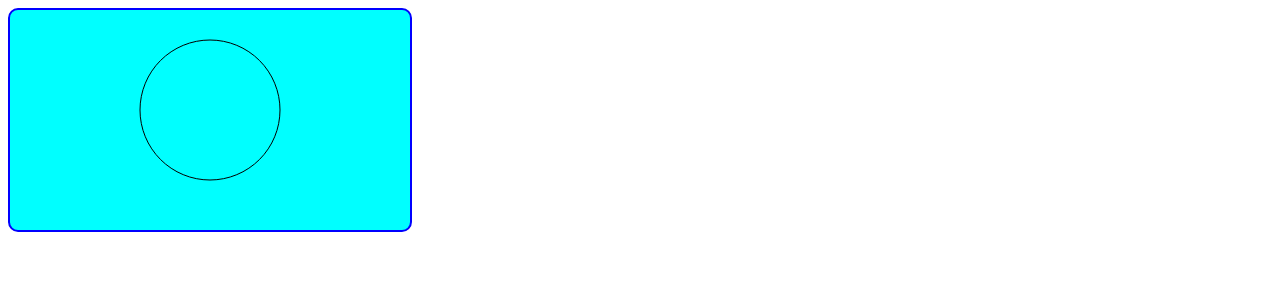
Repository: Tan-Khang21/TH_TKW--Buoi_05
Page: Bai_Tap_Ve_Nha/Bai_01/canvas10.html
The author's editor kept a copy of each file at every save. The page is drawn from the files as they stood at one save, then again after the next save.
The browser window is 1280 px wide. The pictures show the whole page.

Above is the page before, as saved 2024-03-10 21:32:06.

### Bai_Tap_Ve_Nha/Bai_01/canvas10.html
<!DOCTYPE html>
<html lang="en">
  <head>
    <meta charset="UTF-8" />
    <meta name="viewport" content="width=device-width, initial-scale=1.0" />
    <title>Document</title>
  </head>
  <body>
    <canvas
      id="myCanvas"
      style="
        border: 2px solid blue;
        background-color: aqua;
        border-radius: 10px;
      "
      width="400px"
      height="220px"
    ></canvas>
    <script>
      var canvas = document.getElementById("myCanvas"),
        ctx = canvas.getContext("2d");
      ctx.beginPath();
      ctx.arc(200, 100, 70, 0, 2 * Math.PI);
      ctx.stroketyle = "blue";
      ctx.stroke();
    </script>
  </body>
</html>

After the next save:
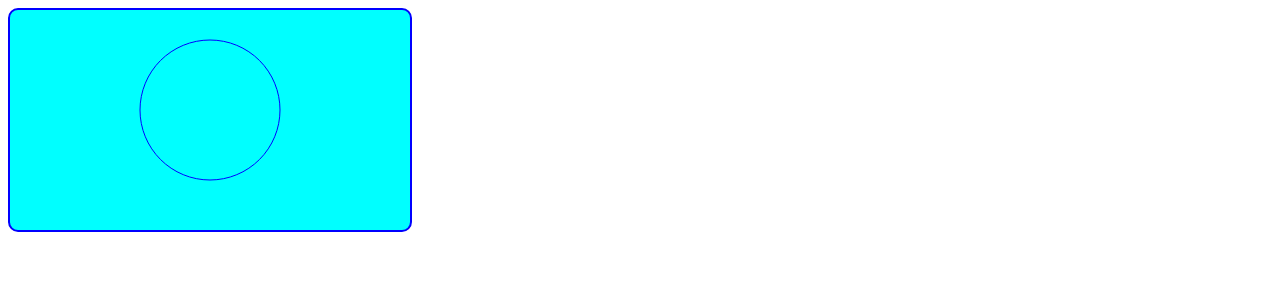
Saved 17 s later.
--- a/Bai_Tap_Ve_Nha/Bai_01/canvas10.html
+++ b/Bai_Tap_Ve_Nha/Bai_01/canvas10.html
@@ -21,7 +21,7 @@
         ctx = canvas.getContext("2d");
       ctx.beginPath();
       ctx.arc(200, 100, 70, 0, 2 * Math.PI);
-      ctx.stroketyle = "blue";
+      ctx.strokeStyle = "blue";
       ctx.stroke();
     </script>
   </body>
